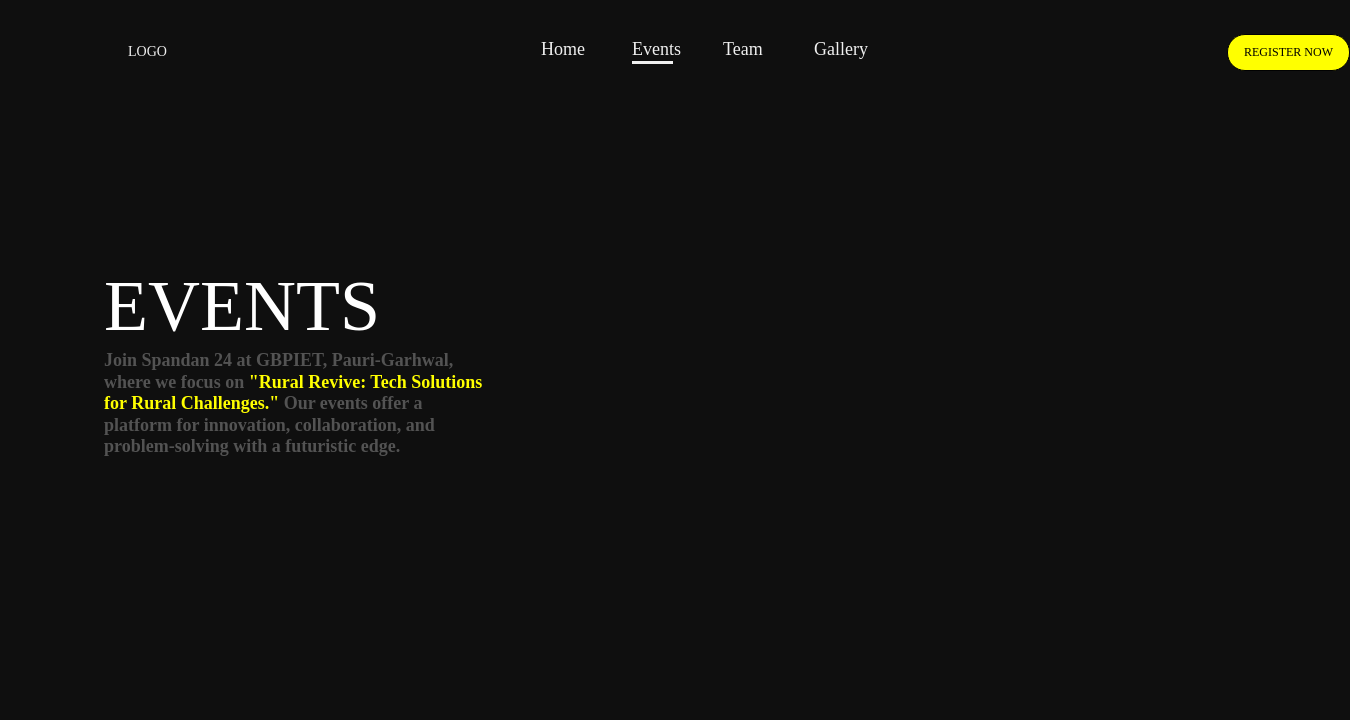
Repository: s4bbi/spandan-3.0
Page: /
These files come from the project's save history. The page is drawn as it stood at one moment and after the next save; the edit follows.
The browser window is 1280 px wide. The page is 1350 px wide, so the pictures cover 1350 px, including what lies to the right of the window. The pictures show the whole page.
The project was rebuilt for these pictures with package versions that can differ from the ones it lists, and the page was loaded fresh each time. Also part of the build but not shown: vite.config.js, src/pages/Events/Events.jsx.

Above is the page before, as saved 2024-11-02 02:34:57.

After the next save:
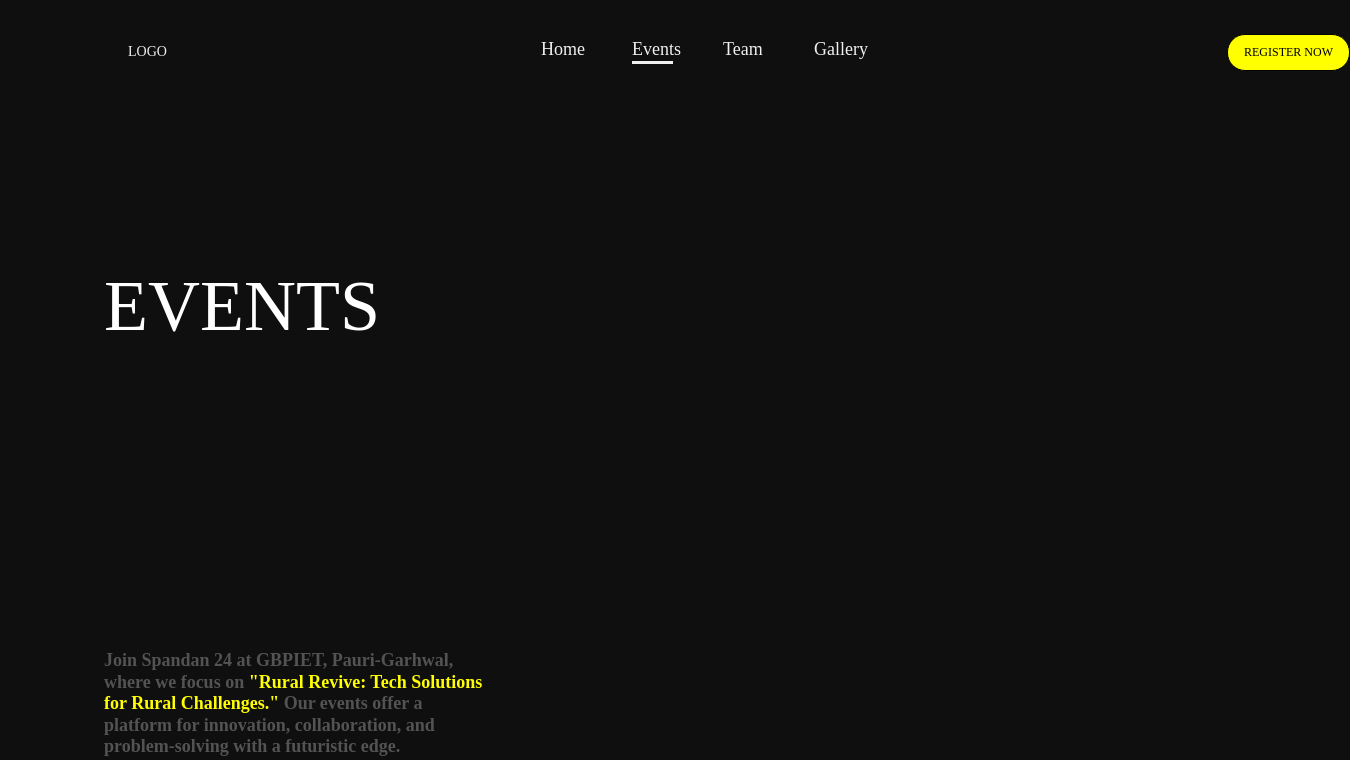
Saved 4 s later.
--- a/src/components/HeroSection/HeroSection.css
+++ b/src/components/HeroSection/HeroSection.css
@@ -26,7 +26,7 @@
   .hero-description {
     width: 385px;
     height: 110px;
-    padding-top: px;
+    padding-top: 300px;
     font-family: Exo 2;
     font-size: 18px;
     font-weight: 600;
